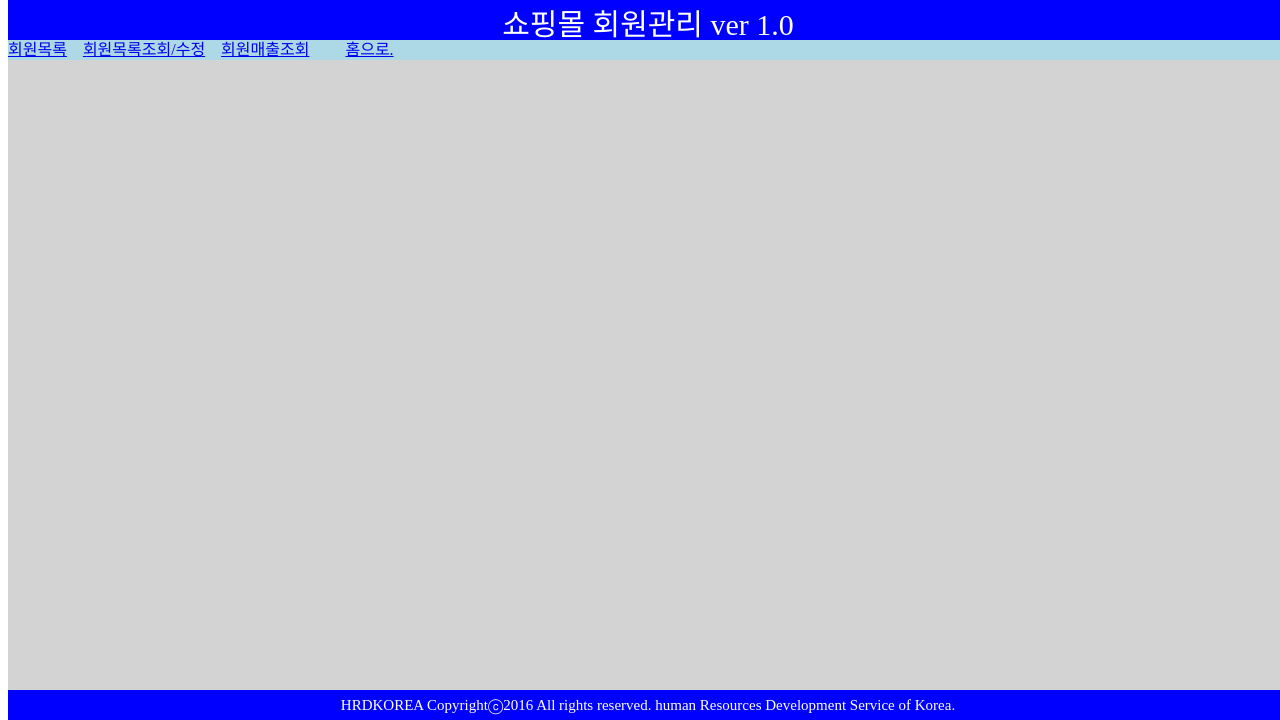
Repository: RnfElwl/youtube_infoT
Page: http://localhost/HRD_30812/modify.jsp
An editor plug-in stored every save of this project. The page is shown before and after the next save, followed by the edit.
The browser window is 1280 px wide. The pictures show the whole page.
The page is served by Tomcat 9.

Above is the page before, as saved 2022-03-23 15:33:04.

After the next save:
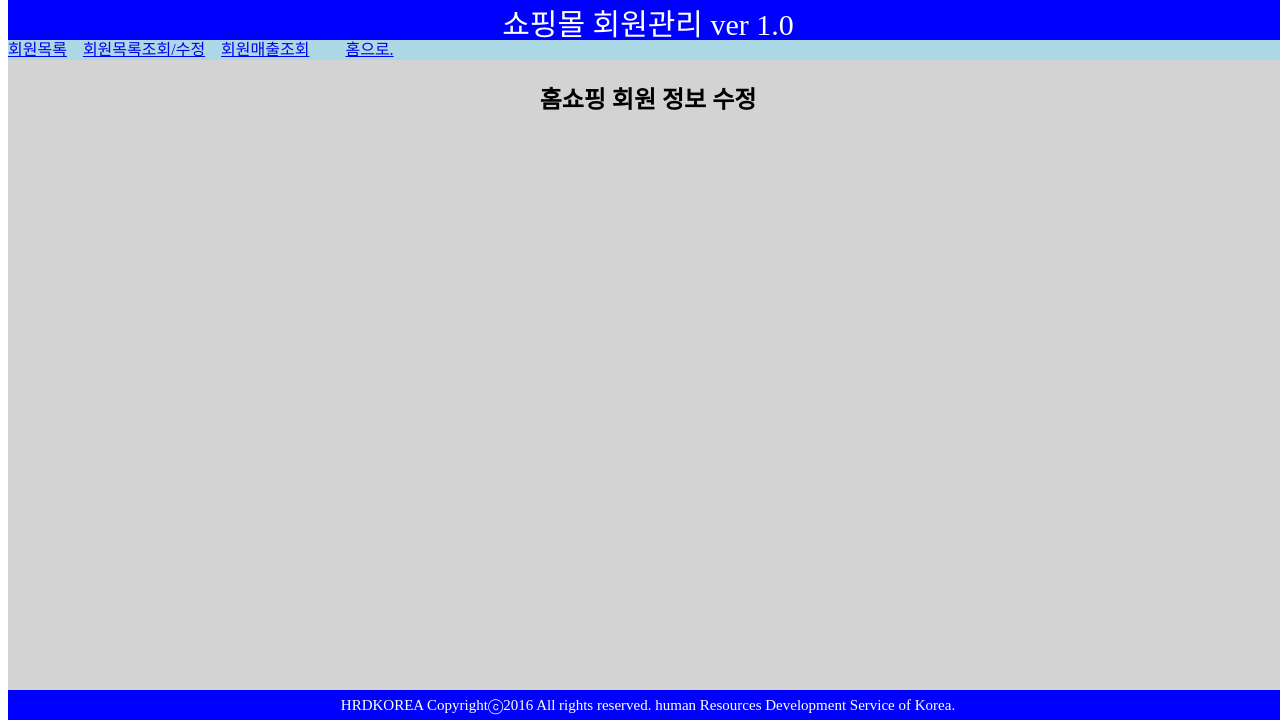
Saved 77 s later.
--- a/HRD_30812/src/main/webapp/modify.jsp
+++ b/HRD_30812/src/main/webapp/modify.jsp
@@ -11,6 +11,11 @@
 
 <section style="position:fixed; top:60px; width:100%; height:100%;
 background-color:lightgray">
+<h2 style="text-align:center">홈쇼핑 회원 정보 수정</h2><br>
+<form style="display:flex; justify-content: center; align-items: center ">
+
+</form>
+
 
 </section>
 
